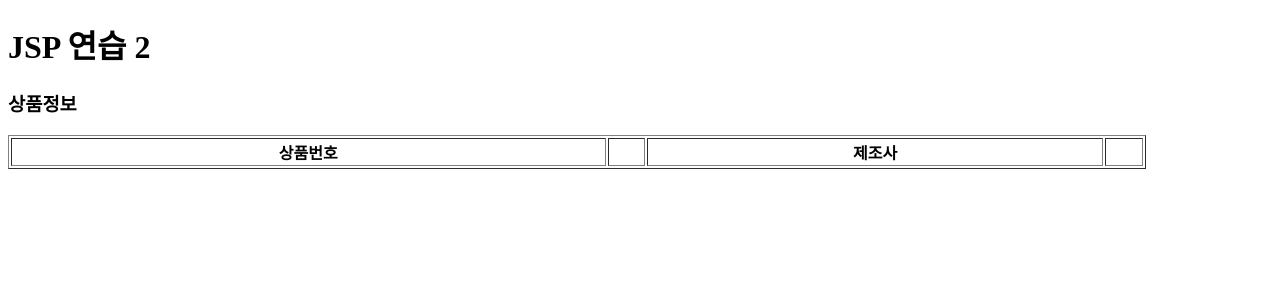
Repository: onuo77/HTA
Page: http://localhost/sample/basic/demo2.jsp
The author's editor kept a copy of each file at every save. The page is drawn from the files as they stood at one save, then again after the next save.
The browser window is 1280 px wide. The pictures show the whole page.
The page is served by Tomcat 9. Other server files are loaded and not shown.

Above is the page before, as saved 2021-05-18 08:36:39.

### java-web/sample/src/main/webapp/basic/demo2.jsp
<%@ page language="java" contentType="text/html; charset=UTF-8"
    pageEncoding="UTF-8"%>
<!DOCTYPE html>
<html>
<head>
<meta charset="UTF-8">
<title>Insert title here</title>
</head>
<body>
	<h1>JSP 연습 2</h1>

	<h3>상품정보</h3>
	<table border="1" style="width:90%;">
		<tr>
			<th>상품번호</th><td></td>
			<th>제조사</th><td></td>
		</tr>
	</table>
</body>
</html>

After the next save:
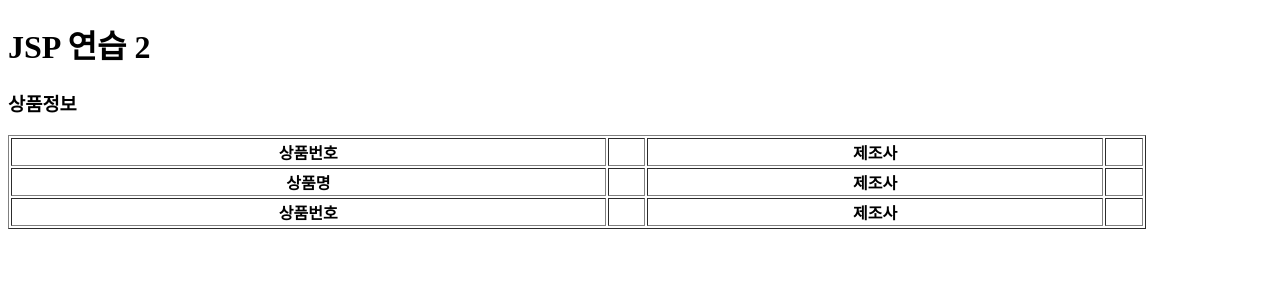
Saved 18 s later.
--- a/java-web/sample/src/main/webapp/basic/demo2.jsp
+++ b/java-web/sample/src/main/webapp/basic/demo2.jsp
@@ -15,6 +15,14 @@
 			<th>상품번호</th><td></td>
 			<th>제조사</th><td></td>
 		</tr>
+		<tr>
+			<th>상품명</th><td></td>
+			<th>제조사</th><td></td>
+		</tr>
+		<tr>
+			<th>상품번호</th><td></td>
+			<th>제조사</th><td></td>
+		</tr>
 	</table>
 </body>
 </html>
